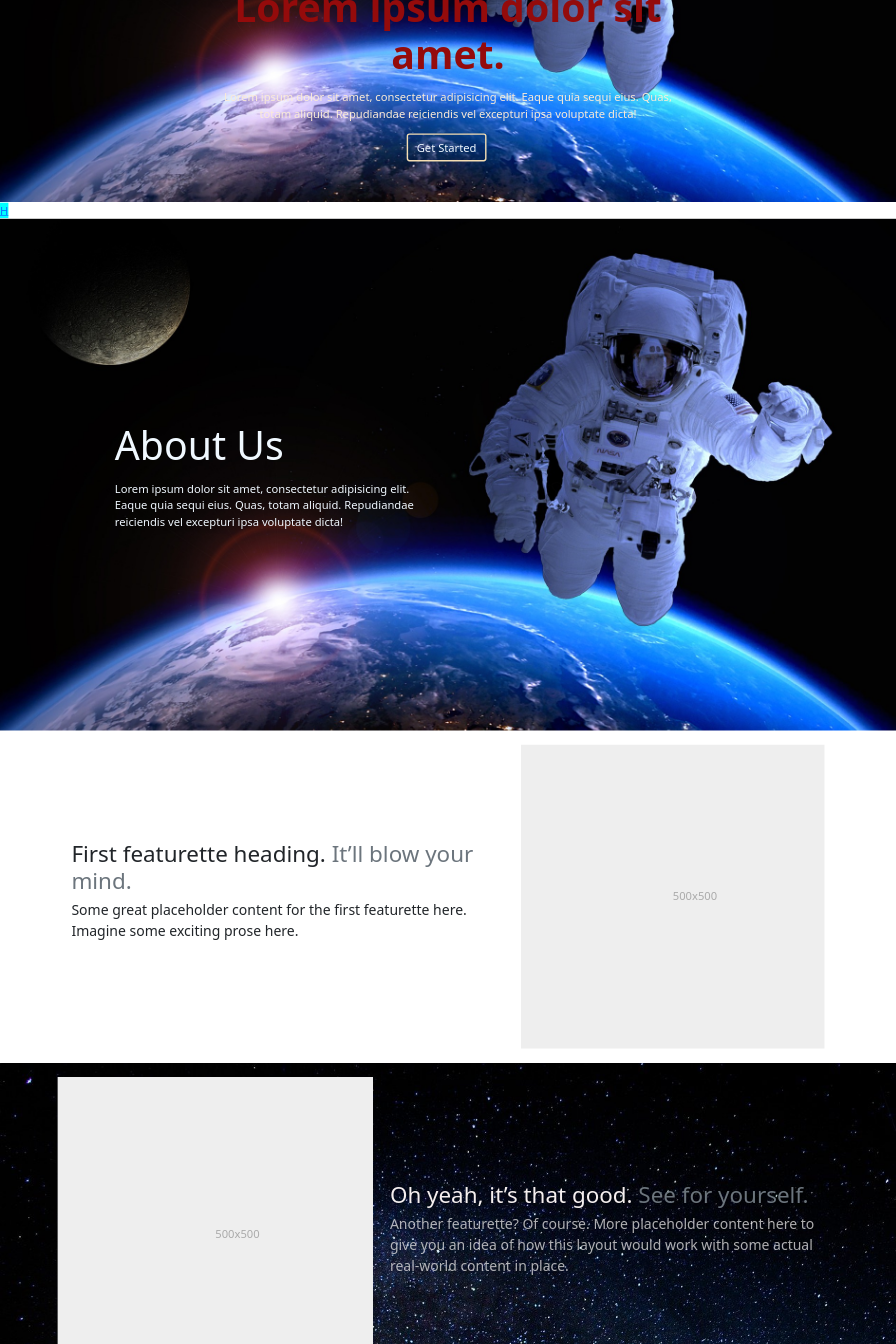
Repository: sarthakkathpalia/elliptical
Page: html/home.html
The author's editor kept a copy of each file at every save. The page is drawn from the files as they stood at one save, then again after the next save.
The browser window is 1280 px wide. The pictures show the part of the page from y = 432 to 2352 px (the page is 4845 px tall before and 4821 px after), at 70% of full size.

Above is the page before, as saved 2021-10-28 21:13:37.
Console error: ReferenceError: emailjs is not defined

After the next save:
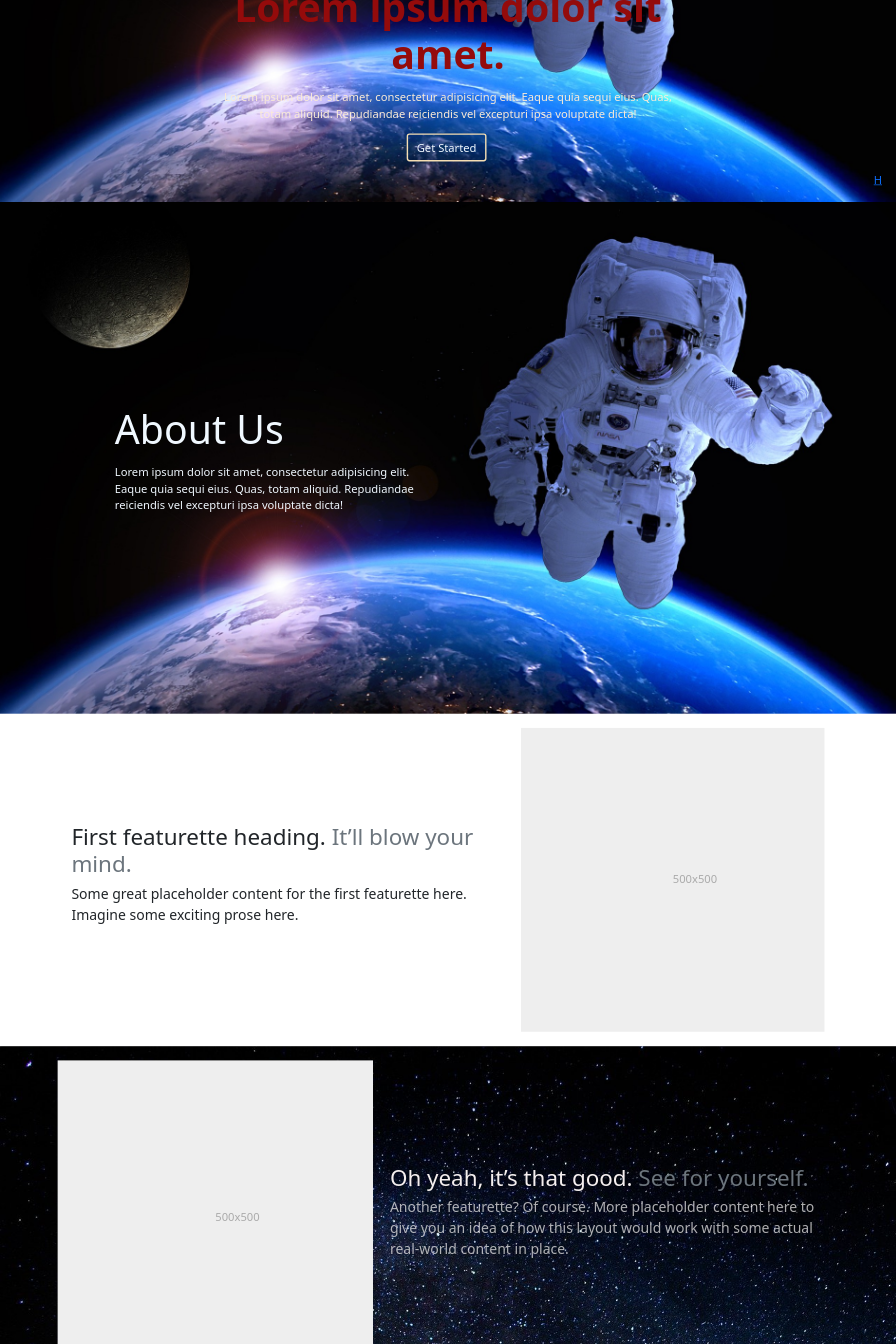
Saved 43 s later.
--- a/Css/home.css
+++ b/Css/home.css
@@ -5,8 +5,10 @@
     box-sizing: border-box;
 }
 .arrow{
-    background-color: aqua;
-    /* position: fixed; */
+    bottom: 0px;
+    right: 0px;
+    padding: 20px;
+    position: fixed;
 }
 .navbar-nav{
     font-weight: bold;
